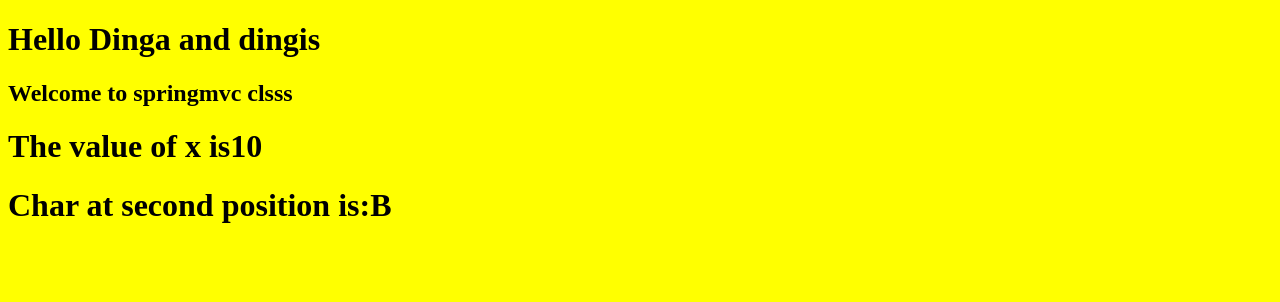
Repository: priyaadya/spring-practice-codes
Page: http://localhost/SpringmvcProject/home
These files come from the project's save history. The page is drawn as it stood at one moment and after the next save; the edit follows.
The browser window is 1280 px wide. The pictures show the whole page.
The page is served by Tomcat 9.

Above is the page before, as saved 2023-05-31 07:13:21.

After the next save:
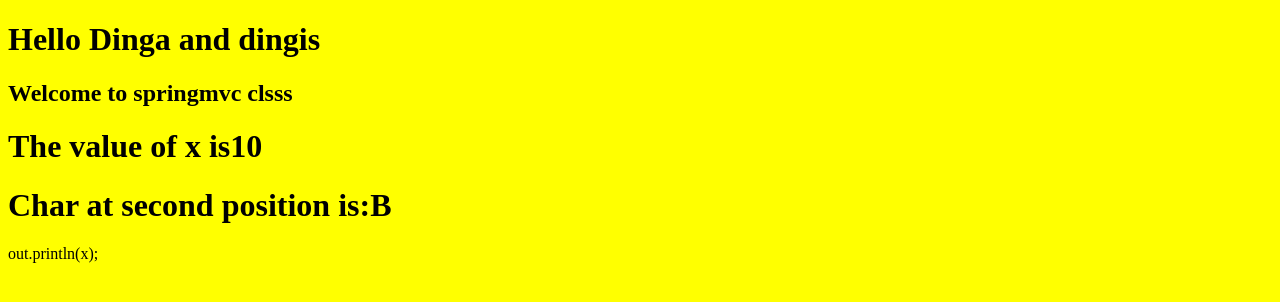
Saved 48 s later.
--- a/SpringmvcProject/src/main/webapp/WEB-INF/views/index.jsp
+++ b/SpringmvcProject/src/main/webapp/WEB-INF/views/index.jsp
@@ -16,5 +16,6 @@ String a="ABCD";
 %>
 <h1>The value of x is<%=x %></h1>
 <h1>Char at second position is:<%=a.charAt(1) %></h1>
+out.println(x);
 </body>
 </html>
